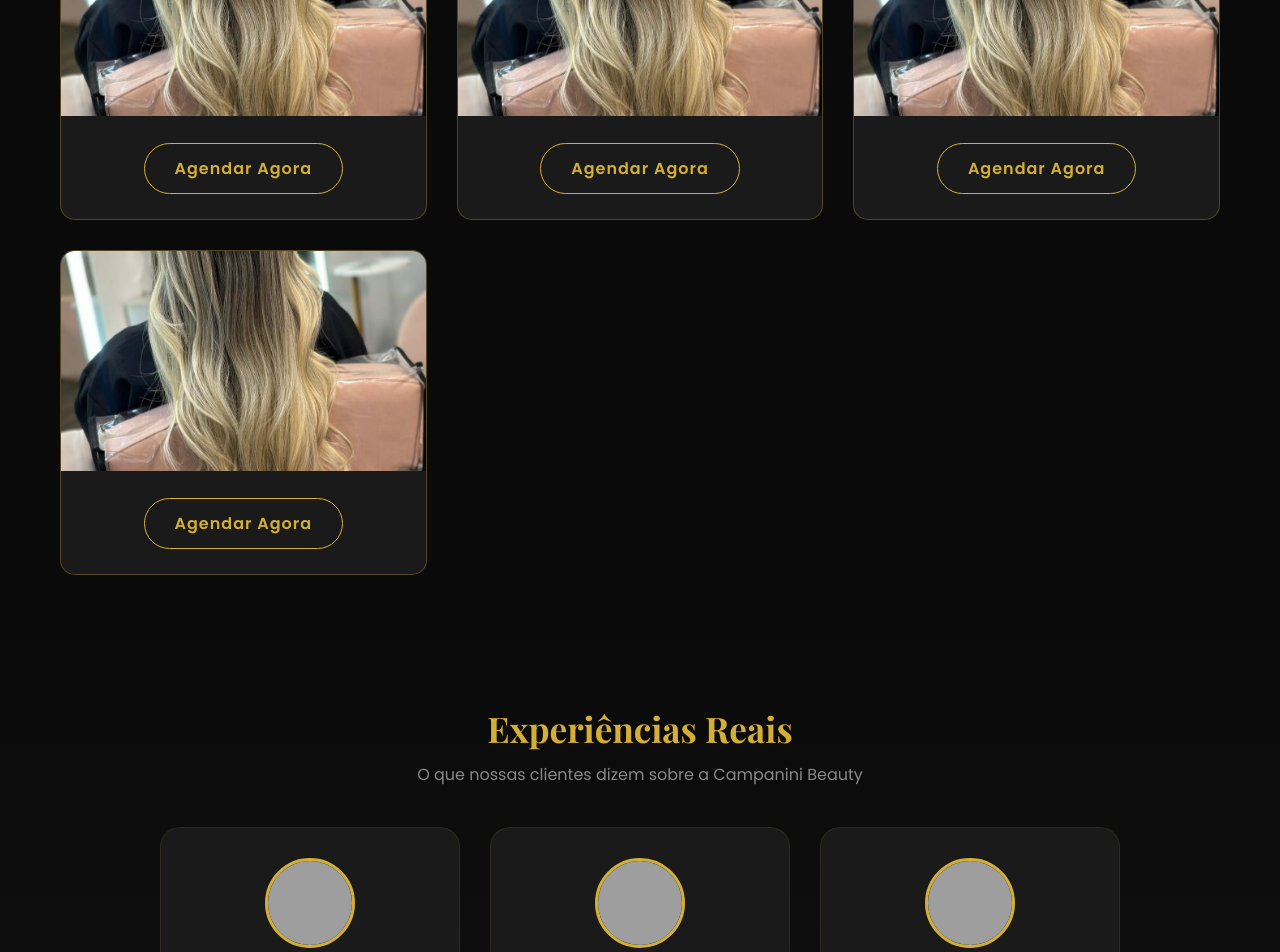
Repository: Sandro1969-tech/campanini-beauty
Page: index.html
These files come from the project's save history. The page is drawn as it stood at one moment and after the next save; the edit follows.
The browser window is 1280 px wide. The pictures show the part of the page from y = 1438 to 2390 px (the page is 3296 px tall before and 2941 px after).
Pictures or frames that could not be fetched are drawn as grey boxes.

Above is the page before, as saved 2026-02-17 19:42:27.

After the next save:
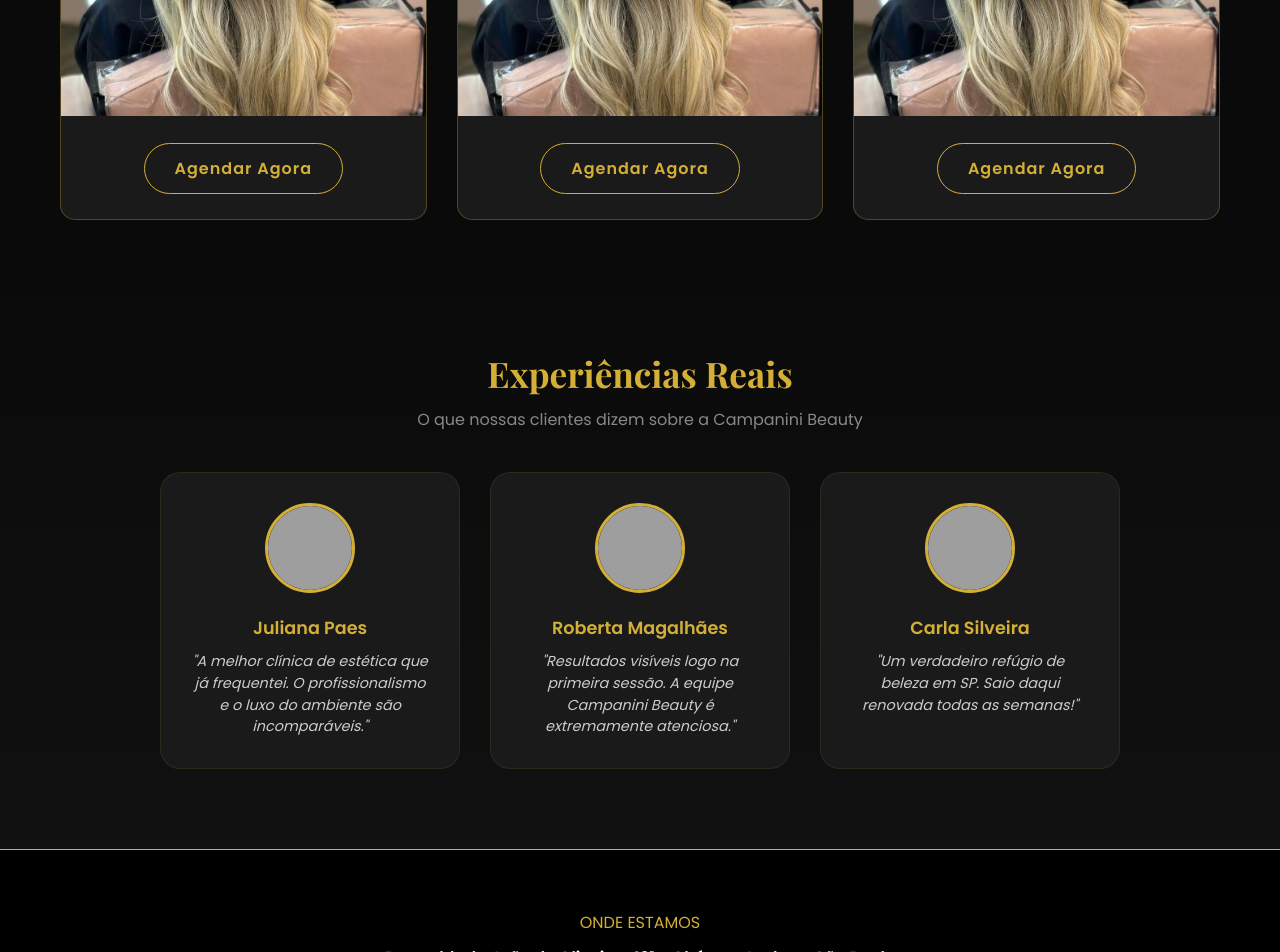
Saved 16 s later.
--- a/index.html
+++ b/index.html
@@ -225,10 +225,6 @@
                 <img src="assets/image/imagem3.jpg" alt="Procedimento">
                 <a href="#" class="btn-booking">Agendar Agora</a>
             </div>
-            <div class="card">
-                <img src="assets/image/imagem3.jpg" alt="Procedimento">
-                <a href="#" class="btn-booking">Agendar Agora</a>
-            </div>
 
         </div>
     </div>
